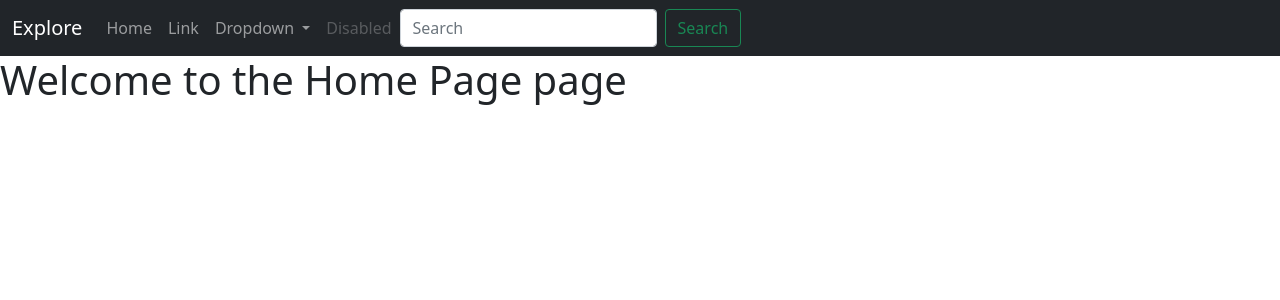
Repository: Survey-Wizard/SurveyWizard
Page: http://localhost/
An editor plug-in stored every save of this project. The page is shown before and after the next save, followed by the edit.
The browser window is 1280 px wide. The pictures show the whole page.
The page is served by the project's Node server (server.js).

Above is the page before, as saved 2021-05-30 09:55:46.

After the next save:
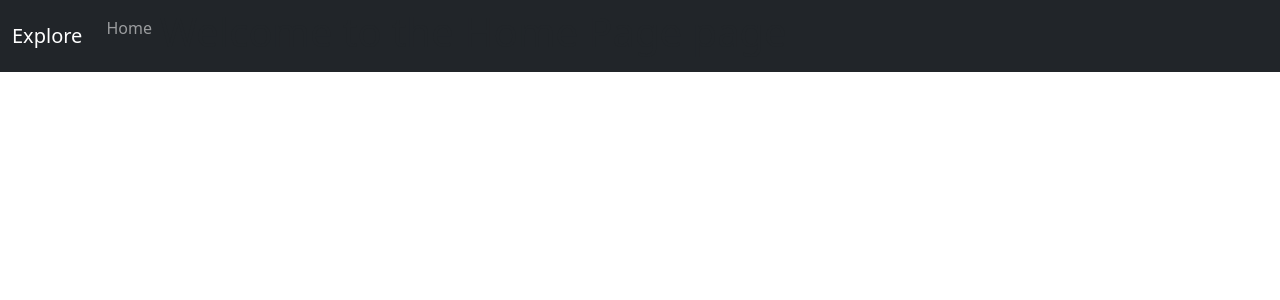
Saved 18 s later.
--- a/views/index.ejs
+++ b/views/index.ejs
@@ -22,31 +22,7 @@
             <a class="nav-link"  href="#">Home</a>
           </li>
 
-          <li class="nav-item">
-            <a class="nav-link" href="#">Link</a>
-          </li>
-          <li class="nav-item dropdown">
-            <a class="nav-link dropdown-toggle" href="#" id="navbarDropdown" role="button" data-bs-toggle="dropdown" aria-expanded="false">
-              Dropdown
-            </a>
-            <ul class="dropdown-menu" aria-labelledby="navbarDropdown">
-              <li><a class="dropdown-item" href="#">Action</a></li>
-              <li><a class="dropdown-item" href="#">Another action</a></li>
-              <li><hr class="dropdown-divider"></li>
-              <li><a class="dropdown-item" href="#">Something else here</a></li>
-            </ul>
-          </li>
-          <li class="nav-item">
-            <a class="nav-link disabled" href="#" tabindex="-1" aria-disabled="true">Disabled</a>
-          </li>
-        </ul>
-        <form class="d-flex">
-          <input class="form-control me-2" type="search" placeholder="Search" aria-label="Search">
-          <button class="btn btn-outline-success" type="submit">Search</button>
-        </form>
-      </div>
-    </div>
-  </nav>
+
 
 
   <h1>Welcome to the <%= title %> page</h1>
